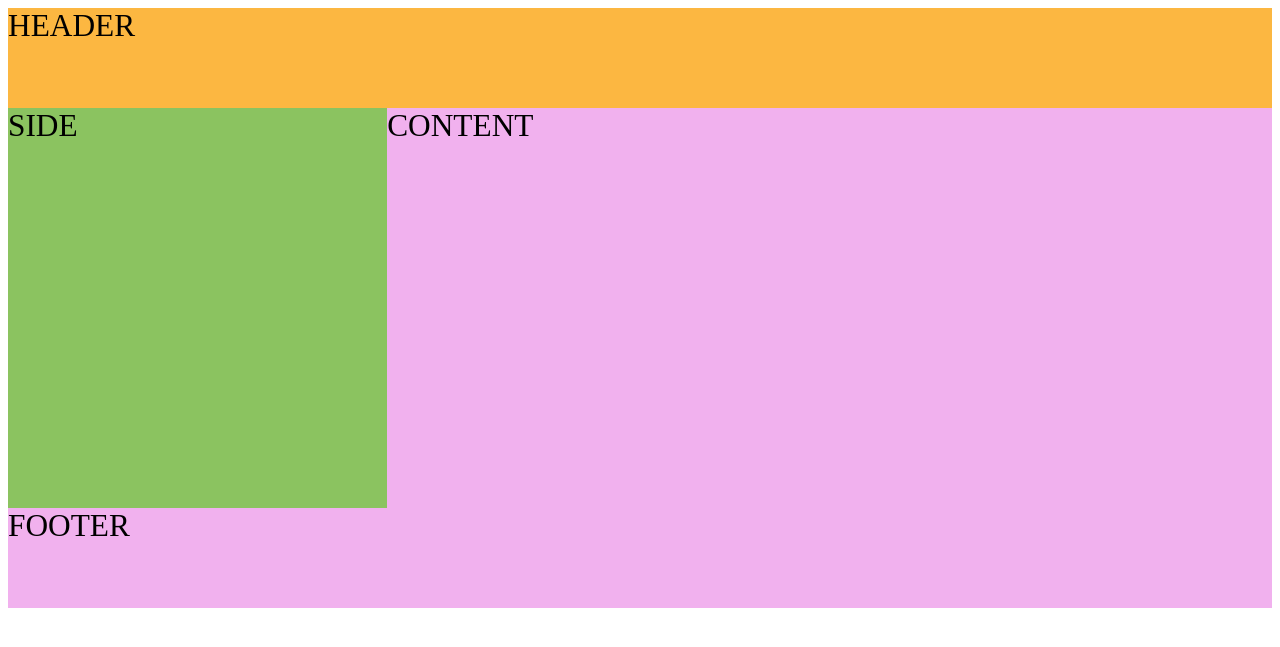
Repository: DuongThanhLong/Basic-responsive-HTML--CSS
Page: Flexbox/index.html
These files come from the project's save history. The page is drawn as it stood at one moment and after the next save; the edit follows.
The browser window is 1280 px wide. The pictures show the whole page.

Above is the page before, as saved 2021-09-21 16:28:50.

### Flexbox/index.html
<!DOCTYPE html>
<html lang="en">

<head>
    <meta charset="UTF-8">
    <meta http-equiv="X-UA-Compatible" content="IE=edge">
    <meta name="viewport" content="width=device-width, initial-scale=1.0">
    <title>Flexbox</title>
    <style>
        * {
            box-sizing: inherit;
            font-size: 1.4rem;
        }

        header {
            background-color: #FCB741;
            height: 100px;
        }

        .center {
            display: flex;
            height: 400px;
        }

        .side {
            width: 30%;
            background-color: #8BC360;
        }

        .content {
            width: 70%;
            background-color: #F1B1EE;
        }

        footer {
            background-color: #F1B1EE;
            height: 100px;
        }
    </style>
</head>

<body>
    <header>HEADER</header>
    <div class="center">
        <div class="side">SIDE</div>
        <div class="content">CONTENT</div>
    </div>
    <footer>FOOTER</footer>
</body>

</html>

After the next save:
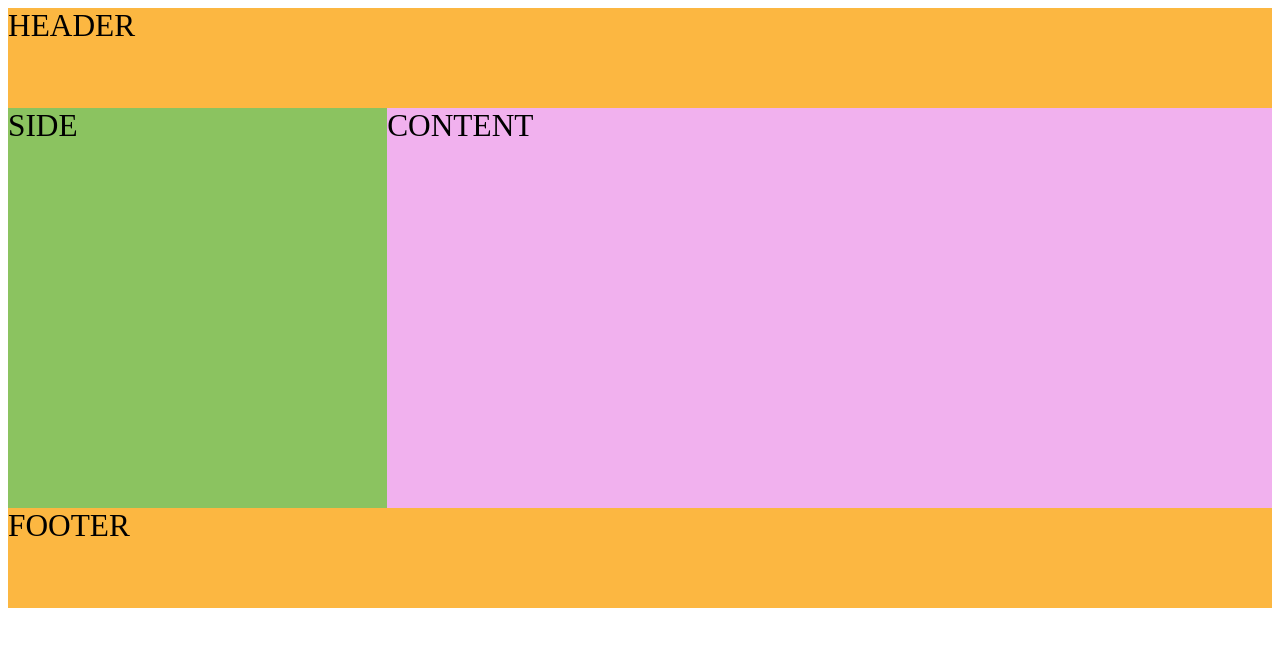
Saved 31 s later.
--- a/Flexbox/index.html
+++ b/Flexbox/index.html
@@ -33,7 +33,7 @@
         }
 
         footer {
-            background-color: #F1B1EE;
+            background-color: #FCB741;
             height: 100px;
         }
     </style>
